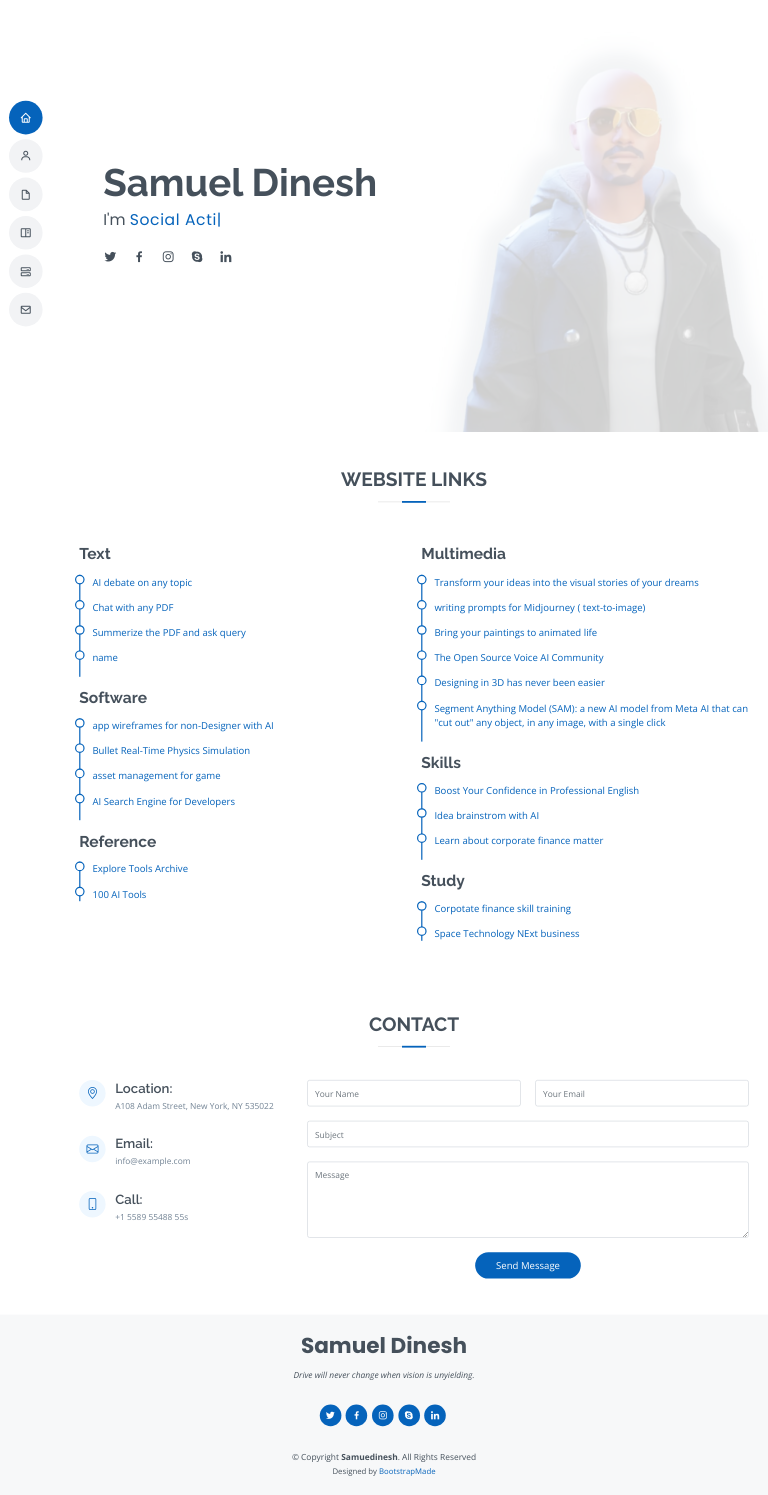
Repository: samueldinesh/web
Page: index.html
An editor plug-in stored every save of this project. The page is shown before and after the next save, followed by the edit.
The browser window is 1280 px wide. The pictures show the whole page, at 60% of full size.

Above is the page before, as saved 2023-04-06 12:48:17.

After the next save:
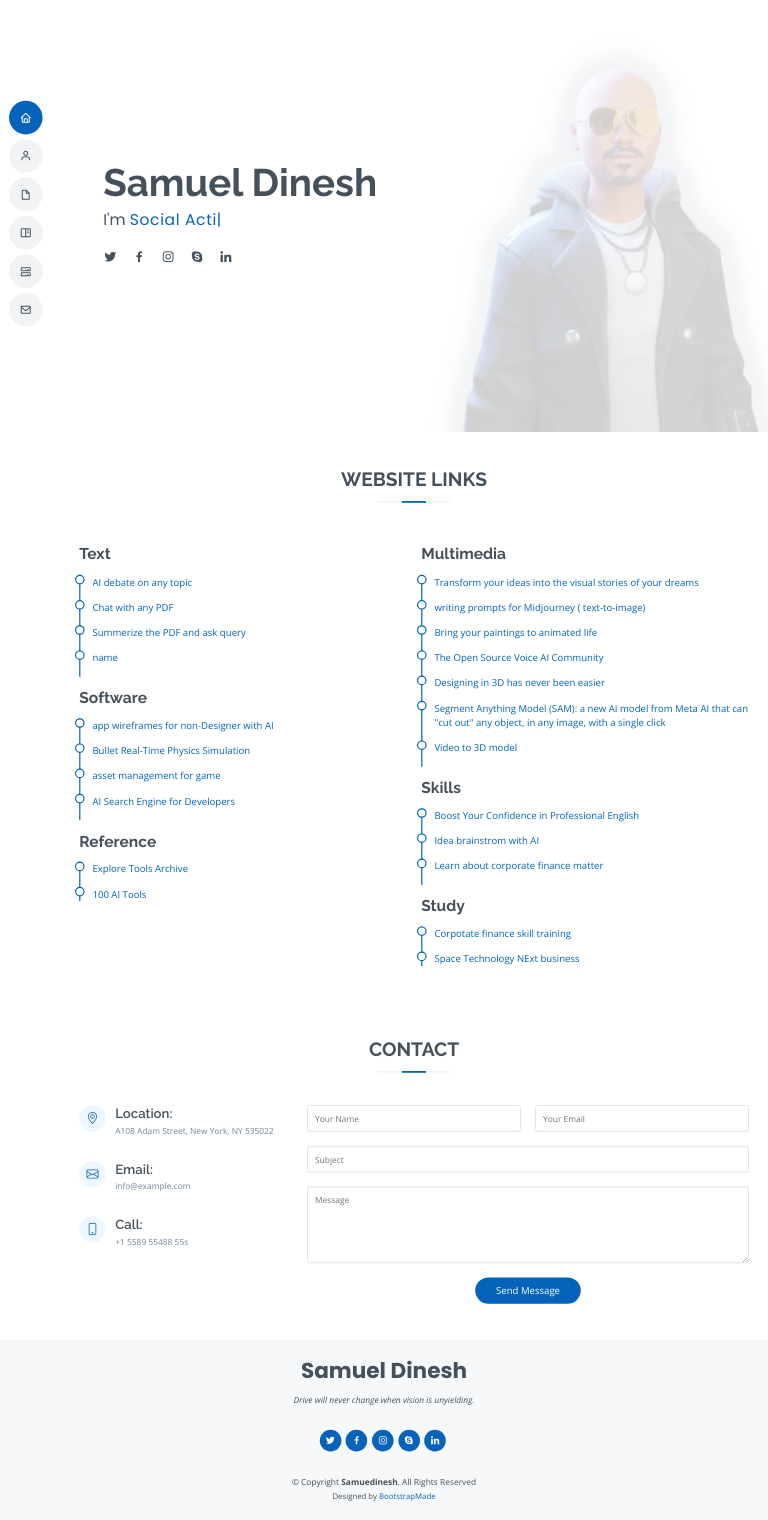
Saved 117 min 55 s later.
--- a/index.html
+++ b/index.html
@@ -149,6 +149,9 @@
             <div class="resume-item">
               <a href="https://segment-anything.com/">Segment Anything Model (SAM): a new AI model from Meta AI that can "cut out" any object, in any image, with a single click</a>
             </div>
+            <div class="resume-item">
+              <a href="https://lumalabs.ai/">Video to 3D model</a>
+            </div>
 
 
 
